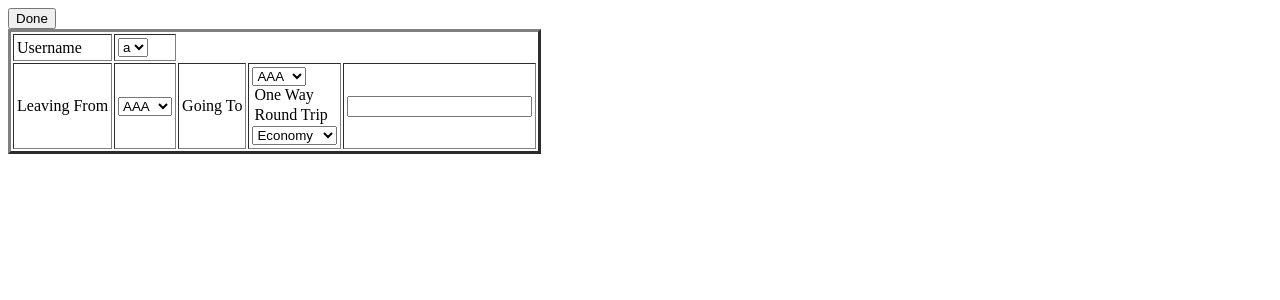
Repository: Pheazon/data_management
Page: http://localhost/cs336Final/customerFlightChanges.jsp
An editor plug-in stored every save of this project. The page is shown before and after the next save, followed by the edit.
The browser window is 1280 px wide. The pictures show the whole page.
The page is served by Tomcat 9. The database holds what the project's SQL file puts in it.

Above is the page before, as saved 2019-12-11 19:24:00.

After the next save:
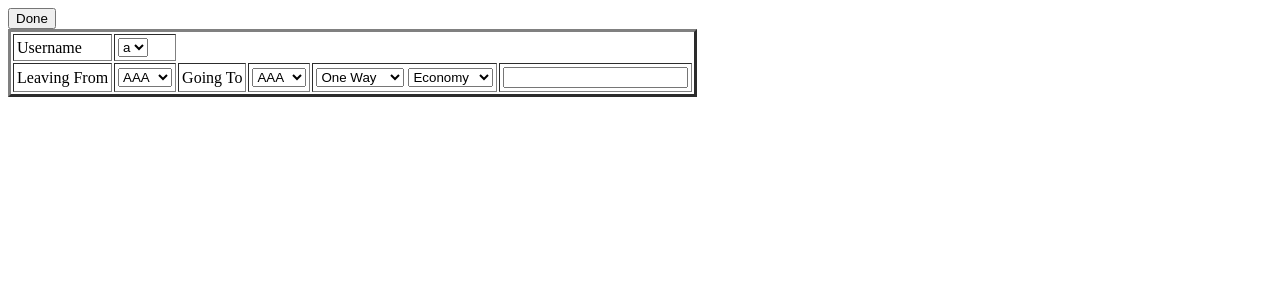
Saved 24 s later.
--- a/cs336Final/WebContent/customerFlightChanges.jsp
+++ b/cs336Final/WebContent/customerFlightChanges.jsp
@@ -70,7 +70,7 @@
 				<%
 			}
 			%>
-
+			<td>
 			<select name = "Type" size = 1>
 			<option value = "one-way"> One Way </option>
 			<option value = "round-trip"> Round Trip </option>
